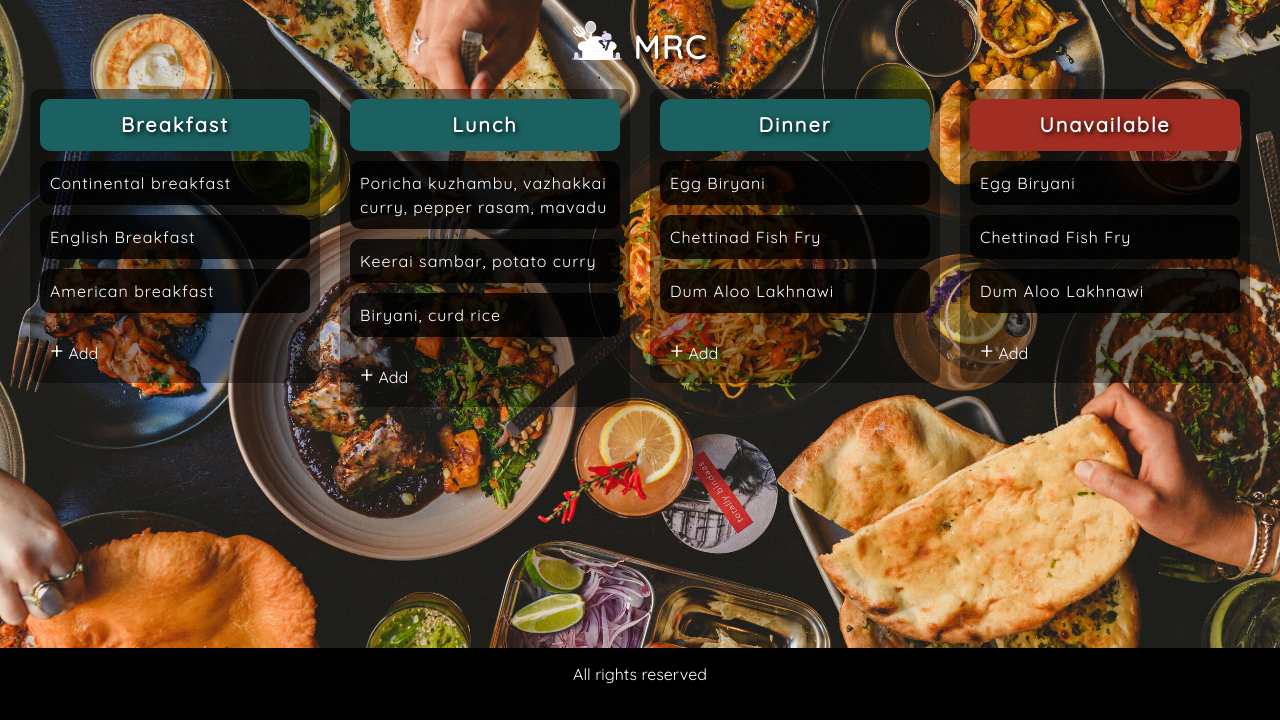
Repository: Anasooya2601/drag-and-drop
Page: index.html
The author's editor kept a copy of each file at every save. The page is drawn from the files as they stood at one save, then again after the next save.
The browser window is 1280 px wide. The pictures show the whole page.

Above is the page before, as saved 2021-02-05 03:16:35.

After the next save:
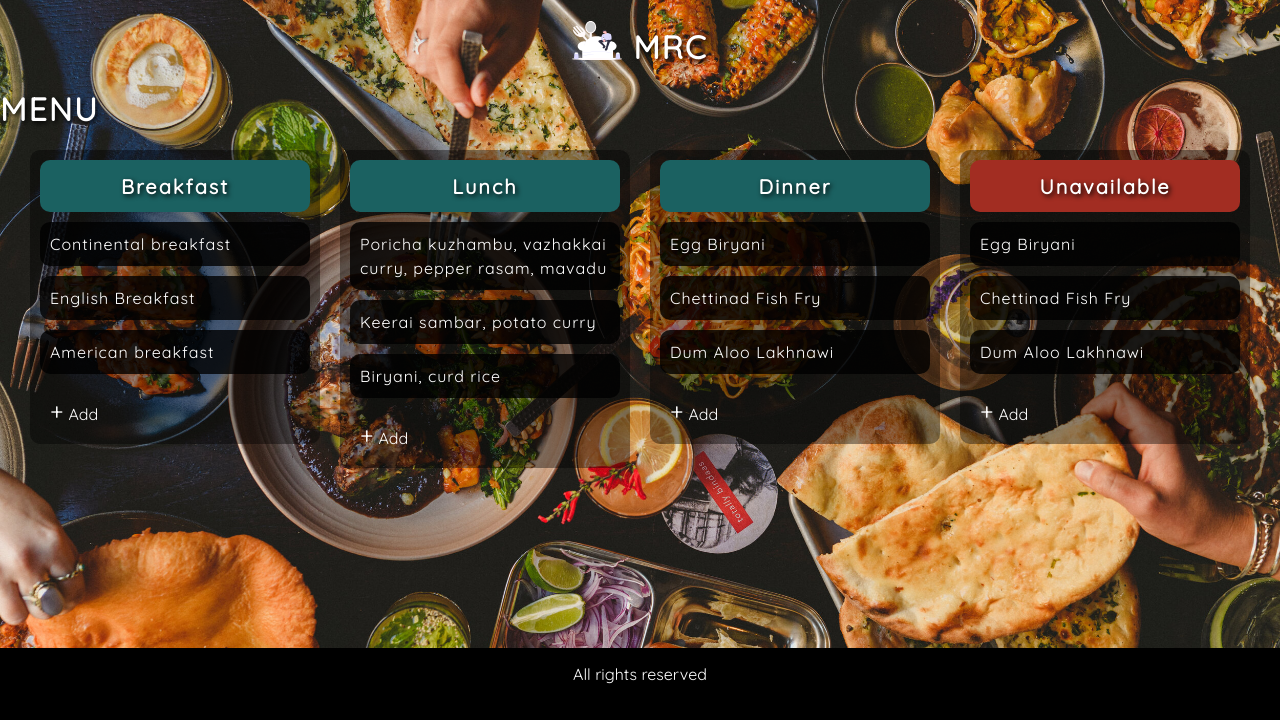
Saved 17 s later.
--- a/index.html
+++ b/index.html
@@ -14,6 +14,7 @@
         <img src="mrc.svg" width="50" alt="">
     MRC
 </h1>
+<h1>MENU</h1>
     <div class="drag-container">
         <ul class="drag-list">
 <!-- breakfast column -->
